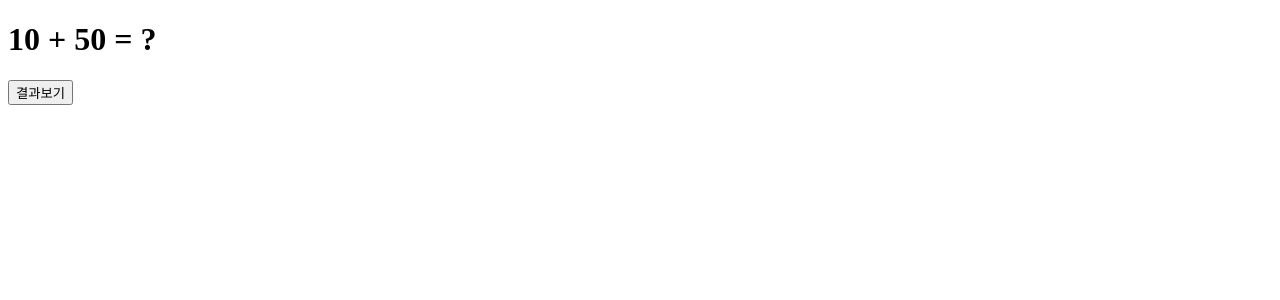
Repository: ssummini/Web
Page: JavaScript/src/main/webapp/javascript/exam15.html
An editor plug-in stored every save of this project. The page is shown before and after the next save, followed by the edit.
The browser window is 1280 px wide. The pictures show the whole page.
After loading, the first visible `input` was clicked once.

Above is the page before, as saved 2024-08-19 08:10:07.

### JavaScript/src/main/webapp/javascript/exam15.html
<!DOCTYPE html>
<html>
<head>
<meta charset="UTF-8">
<title>Insert title here</title>
</head>
<body>
	<h1>10 + 50 = <span id="question">?</span></h1>
	<input type="button" value="결과보기" onclick="printResult()" />

<script type="text/javascript">
function sum(x, y){
	return x + y;
}

function printResult(){
	var result = sum(10, 20);
}
</script>
</body>
</html>
<!--
이벤트 처리
- 특정한 상황이 발생했을 때, 사용자가 정의하는 특정한 동작(함수)들을 호출되도록 하는 것.
- Javascript를 사용하는 이유는 <body> 안의 어떠한 태그를 사용자의 이벤트에 반응하도록 제어하기 위함이다.

(1) 이벤트 종류
1. onBlur - 문서나 윈도우, 프레임세트, 폼 요소에서 현재 입력 포커스가 사라질 때
2. onClick - 링크, 이미지맵 영역, 폼 요소가 클릭되었을 때
3. onFocus - 문서나 윈도우, 프레임세트, 폼 요소에서 현재 입력 포커스가 놓였을 때
4. onLoad - 이미지, 문서, 프레임이 로드될 때
5. onMouseOver - 태그의 요소 위로 마우스 커서가 들어갈 때
6. onMouseOut - 태그의 요소 위에서 마우스 커서가 빠져나갈 때

(2) 제어대상 지정
- 태그의 id로 제어할 특정 태그를 지정한다.
  document.getElementById("아이디") 로 자바스크립트로 태그를 가져온다.

 -->

After the next save:
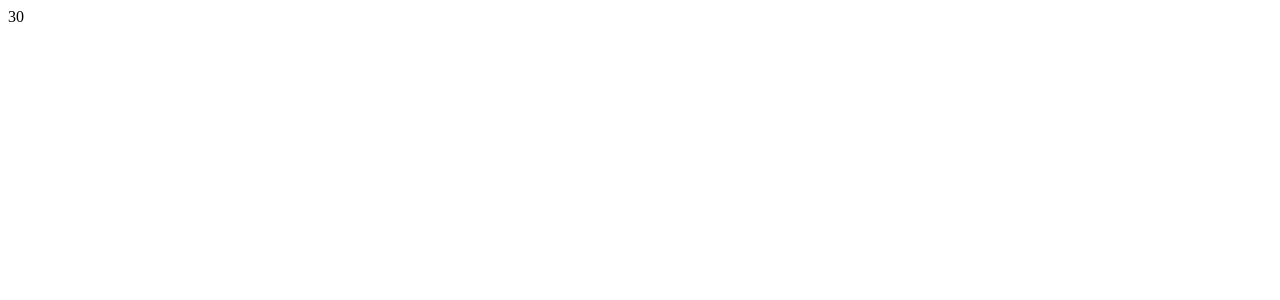
Saved 70 s later.
--- a/JavaScript/src/main/webapp/javascript/exam15.html
+++ b/JavaScript/src/main/webapp/javascript/exam15.html
@@ -15,6 +15,7 @@
 
 function printResult(){
 	var result = sum(10, 20);
+	document.write(result)
 }
 </script>
 </body>

After the 2 saves that followed:
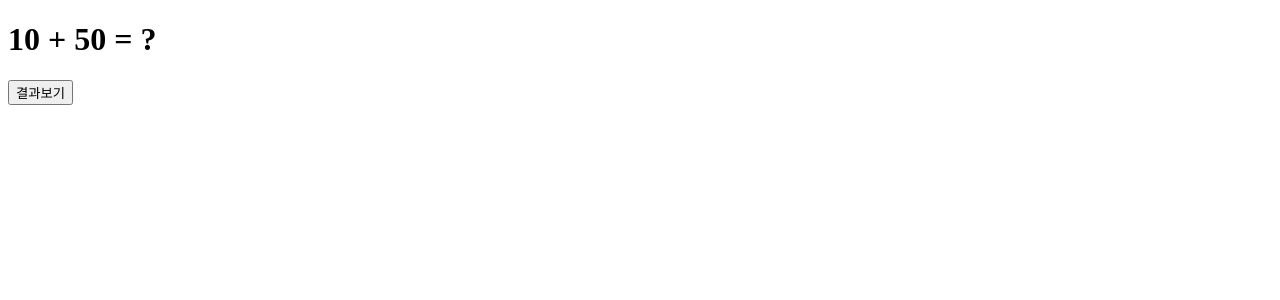
The 2 saves are shown as one change because 1 left the picture as it was.
The last was saved 2 min 4 s later.
--- a/JavaScript/src/main/webapp/javascript/exam15.html
+++ b/JavaScript/src/main/webapp/javascript/exam15.html
@@ -15,7 +15,9 @@
 
 function printResult(){
 	var result = sum(10, 20);
-	document.write(result)
+
+	//<span> 태그 얻어오기
+	var myTag = document.getElementById("question");
 }
 </script>
 </body>
